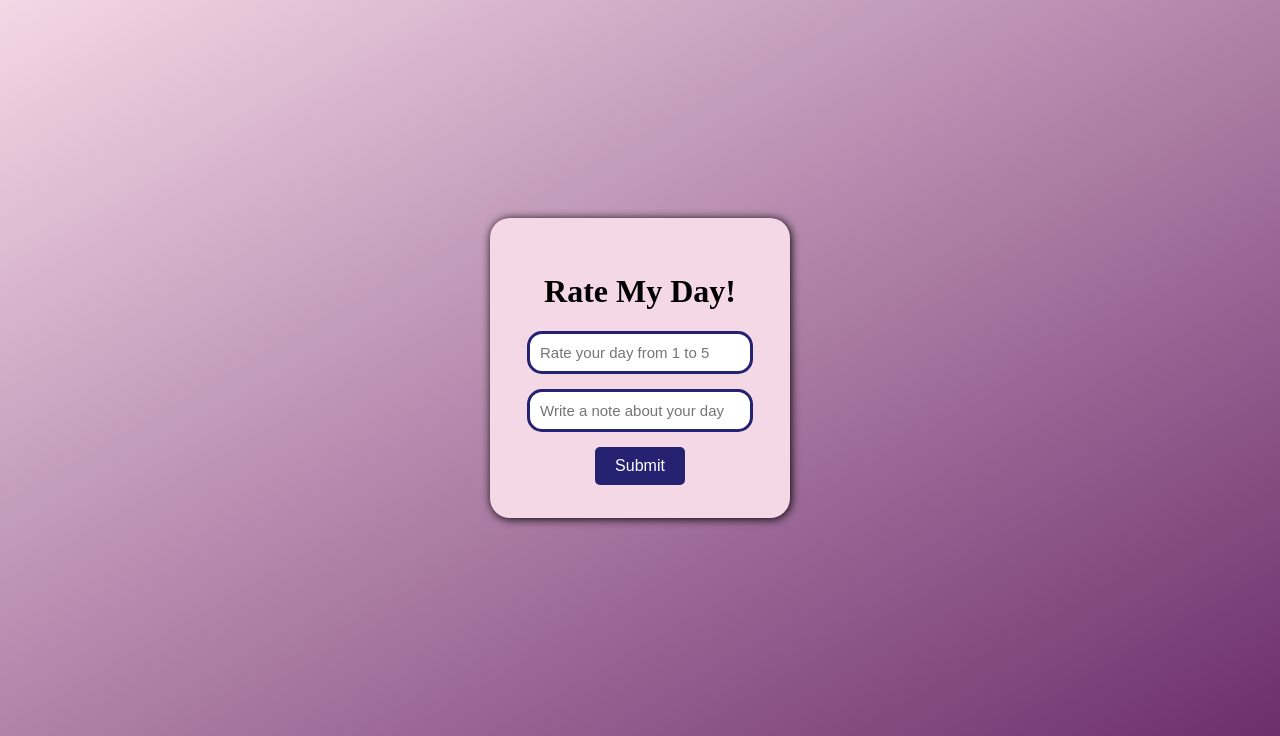
Repository: elenav24/RateMyDay
Page: frontend/index.html
These files come from the project's save history. The page is drawn as it stood at one moment and after the next save; the edit follows.
The browser window is 1280 px wide. The pictures show the whole page.

Above is the page before, as saved 2025-05-15 01:39:43.

### frontend/index.html
<!DOCTYPE html>

<html lang="en">
    <head>
        <meta charset="utf-8">
        <title>Rate My Day!</title>
        <meta name="description" content="Welcome to Rate My Day!">
        <meta name="viewport" content="width=device-width, initial-scale=1">
        <link rel="stylesheet" href="style.css">
    </head>
    <body>
        <div class="container">
            <h1>Rate My Day!</h1>
            <input type="text" id="rating" placeholder="Rate your day from 1 to 5">
            <input type="text" id="note" placeholder="Write a note about your day">
            <button id="submit">Submit</button>
        </div>

        <script src="script.js" defer></script>
    </body>
</html>

### frontend/style.css
body {
    display: flex;
    justify-content: center;
    align-items: center;
    height: 100vh;
    background: linear-gradient(to right bottom, #f4d8e6, #6d2e6c);
}

.container {
    display: flex;
    flex-direction: column;
    align-items: center;
    justify-content: center;
    width: 300px;
    height: 300px;
    box-shadow: 1px 1px 10px #000;
    border-radius: 20px;
    background-color: #f4d8e6;
}

#rating, #note {
    border: 3px solid #252271;
    border-radius: 15px;
    width: 200px;
    padding: 10px;
    padding-left: 10px;
    margin-bottom: 15px;
    font-size: 15px;
}

#submit {
    background-color: #252271;
    color: white;
    border: none;
    border-radius: 5px;
    padding: 10px 20px;
    cursor: pointer;
    font-size: 16px;
}

### frontend/script.js
document.addEventListener('DOMContentLoaded', () => {
    const button = document.getElementById('submit');
    const rating = document.getElementById('rating');
    const note = document.getElementById('note');

    button.addEventListener('click', async () => {
        const ratingValue = parseInt(rating.value);
        const noteValue = note.value;

        if (isNaN(ratingValue) || ratingValue < 1 || ratingValue > 5) {
            alert('Please enter a valid rating between 1 and 5.');
            return;
        }

        const payload = {
            rating: ratingValue,
            note: noteValue
        };

        try {
            const response = await fetch('http://localhost:8000/rate', {
                method: 'POST',
                headers: {
                    'Content-Type': 'application/json'
                },
                body: JSON.stringify(payload)

            });

            const data = await response.json();
            alert(data.message);



        } catch (error) {
            console.error('Submission Error:', error);
            alert('An error occurred while submitting your rating.');
        }

        // Clear the input fields after submission
        rating.value = '';
        note.value = '';

    });

});

After the next save:
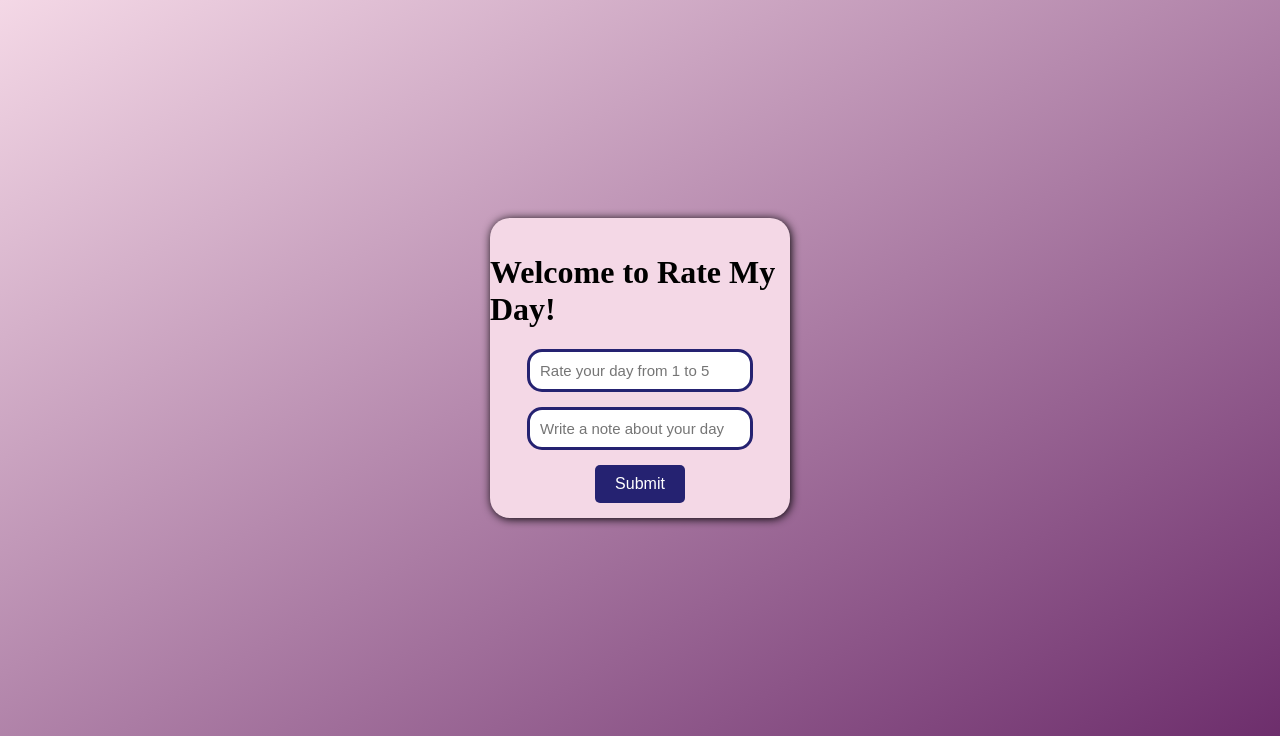
Saved 18 s later.
--- a/frontend/index.html
+++ b/frontend/index.html
@@ -10,7 +10,7 @@
     </head>
     <body>
         <div class="container">
-            <h1>Rate My Day!</h1>
+            <h1>Welcome to Rate My Day!</h1>
             <input type="text" id="rating" placeholder="Rate your day from 1 to 5">
             <input type="text" id="note" placeholder="Write a note about your day">
             <button id="submit">Submit</button>

After the save that followed:
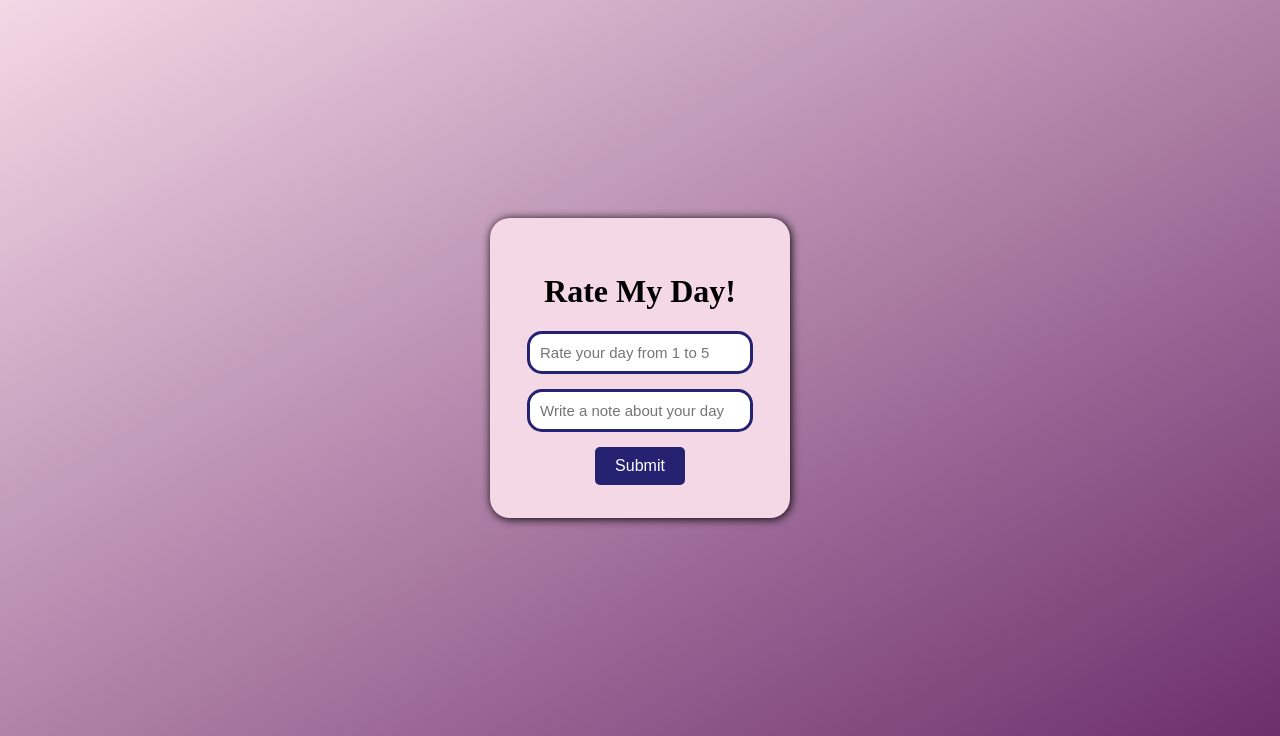
Saved 12 s later.
--- a/frontend/index.html
+++ b/frontend/index.html
@@ -10,7 +10,7 @@
     </head>
     <body>
         <div class="container">
-            <h1>Welcome to Rate My Day!</h1>
+            <h1>Rate My Day!</h1>
             <input type="text" id="rating" placeholder="Rate your day from 1 to 5">
             <input type="text" id="note" placeholder="Write a note about your day">
             <button id="submit">Submit</button>
